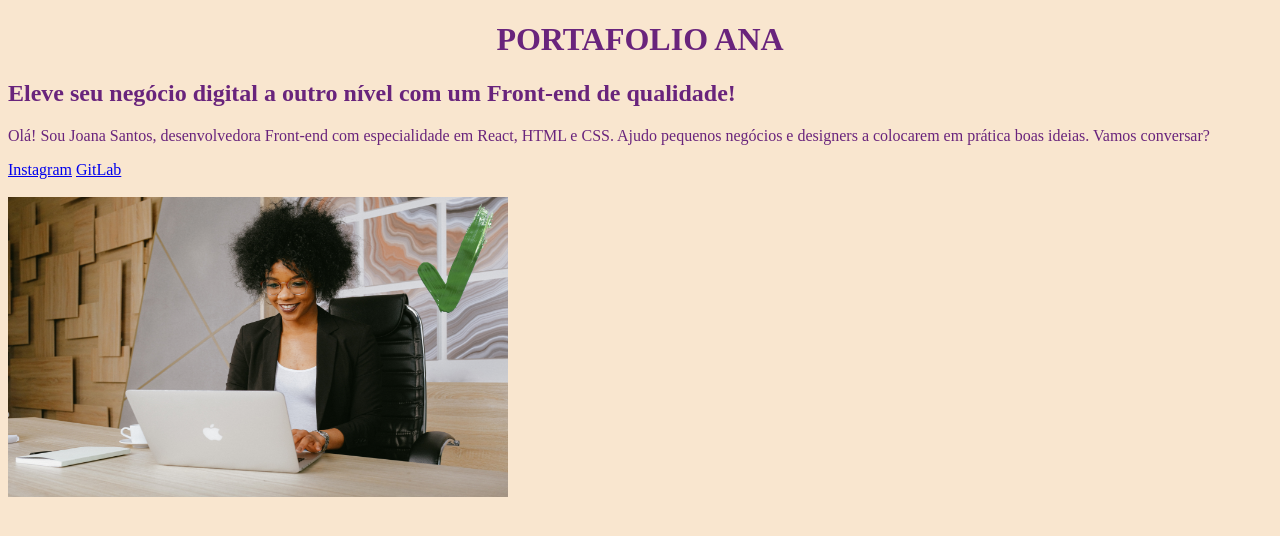
Repository: AnaFzCz/PROYECTOS-HTML---CSS2
Page: Portafolio/index.html
The author's editor kept a copy of each file at every save. The page is drawn from the files as they stood at one save, then again after the next save.
The browser window is 1280 px wide. The pictures show the whole page.

Above is the page before, as saved 2025-01-22 13:28:49.

After the next save:
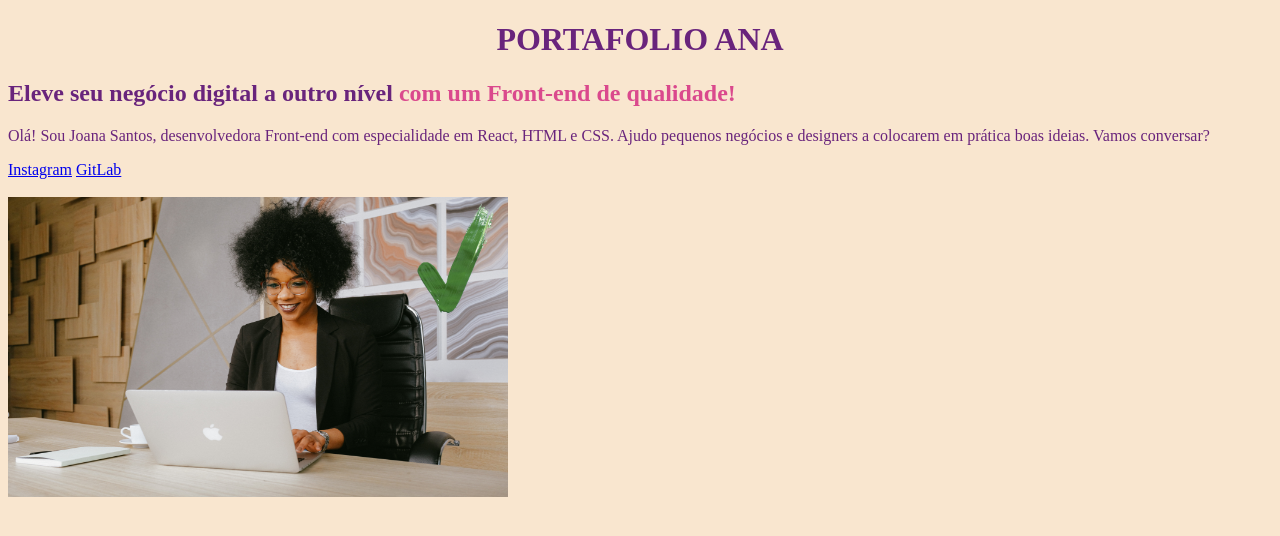
Saved 8 s later.
--- a/Portafolio/style.css
+++ b/Portafolio/style.css
@@ -4,7 +4,7 @@ body{
 
 }
 
-strong{
+span{
     color:#DA498D;
 }
 /*h1 {
